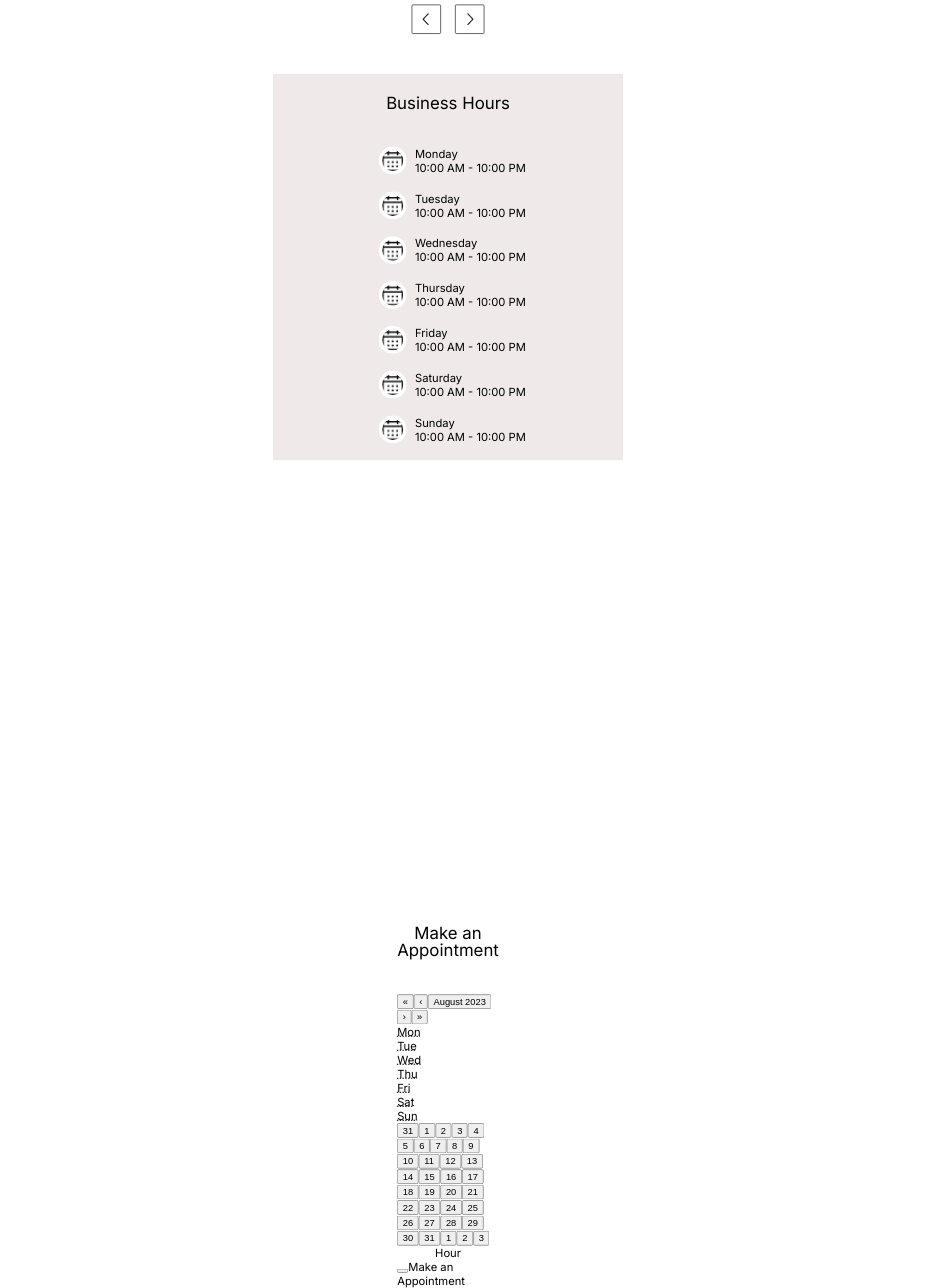
Repository: nikita120402/next13-deploy
Page: /
The author's editor kept a copy of each file at every save. The page is drawn from the files as they stood at one save, then again after the next save.
The browser window is 1280 px wide. The page is 1352 px wide, so the pictures cover 1352 px, including what lies to the right of the window. The pictures show the part of the page from y = 2328 to 4168 px (the page is 5162 px tall before and 5042 px after), at 70% of full size.
The project was rebuilt for these pictures with package versions that can differ from the ones it lists, and the page was loaded fresh each time. The framework's server and built-in components were replaced by stand-ins that run in the browser. Also part of the build but not shown: next.config.js.

Above is the page before, as saved 2023-08-08 03:23:14.

After the next save:
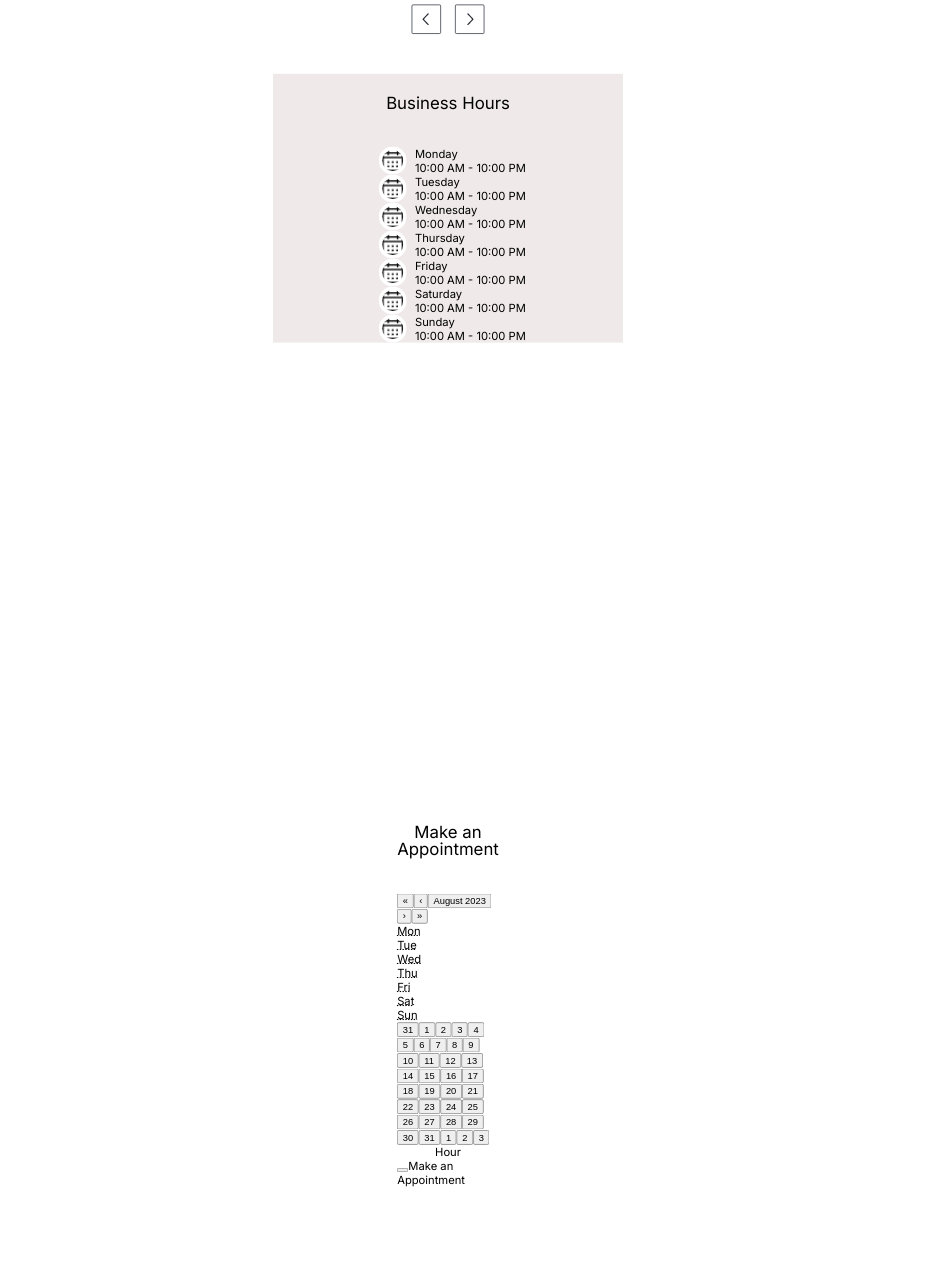
Saved 22 s later.
--- a/src/app/Design.module.css
+++ b/src/app/Design.module.css
@@ -126,7 +126,7 @@
 .flexdis{
     display: flex;
     justify-content: center;
-    margin: 24px;
+    margin: 0px;
     text-align: left;
     flex-wrap: wrap;
 }
@@ -152,7 +152,8 @@
     margin-bottom: 50px;
     display: block;
 }
-.card{  display: flex;
+.card{
+     display: flex;
     justify-content: center;
     margin: 24px;
     text-align: left;

After the save that followed:
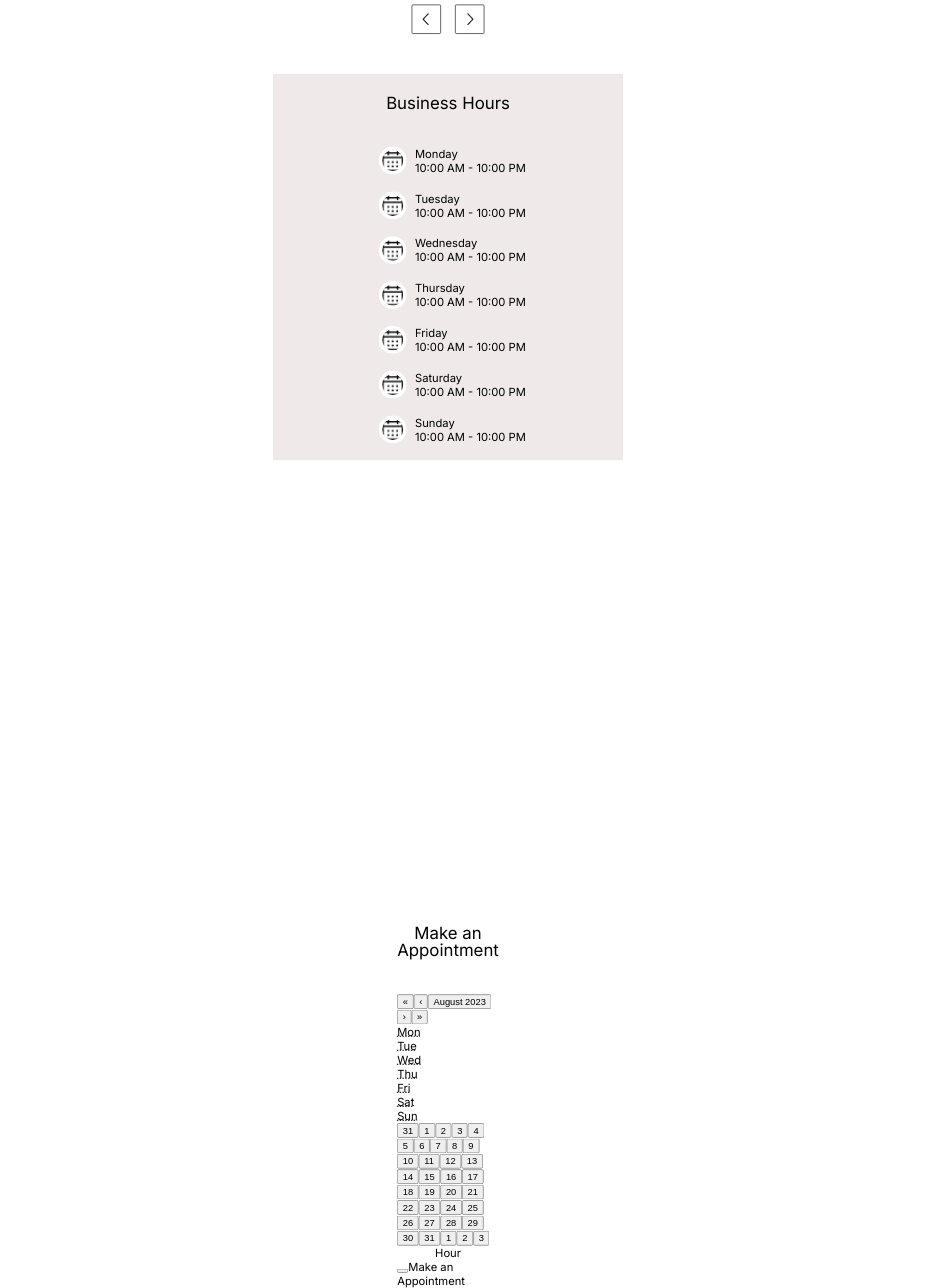
Saved 30 s later.
--- a/src/app/Design.module.css
+++ b/src/app/Design.module.css
@@ -126,7 +126,7 @@
 .flexdis{
     display: flex;
     justify-content: center;
-    margin: 0px;
+    margin: 24px;
     text-align: left;
     flex-wrap: wrap;
 }
@@ -153,10 +153,10 @@
     display: block;
 }
 .card{
-     display: flex;
+
+    display: flex;
     justify-content: center;
     margin: 24px;
     text-align: left;
-    flex-wrap: wrap;
 
 }
